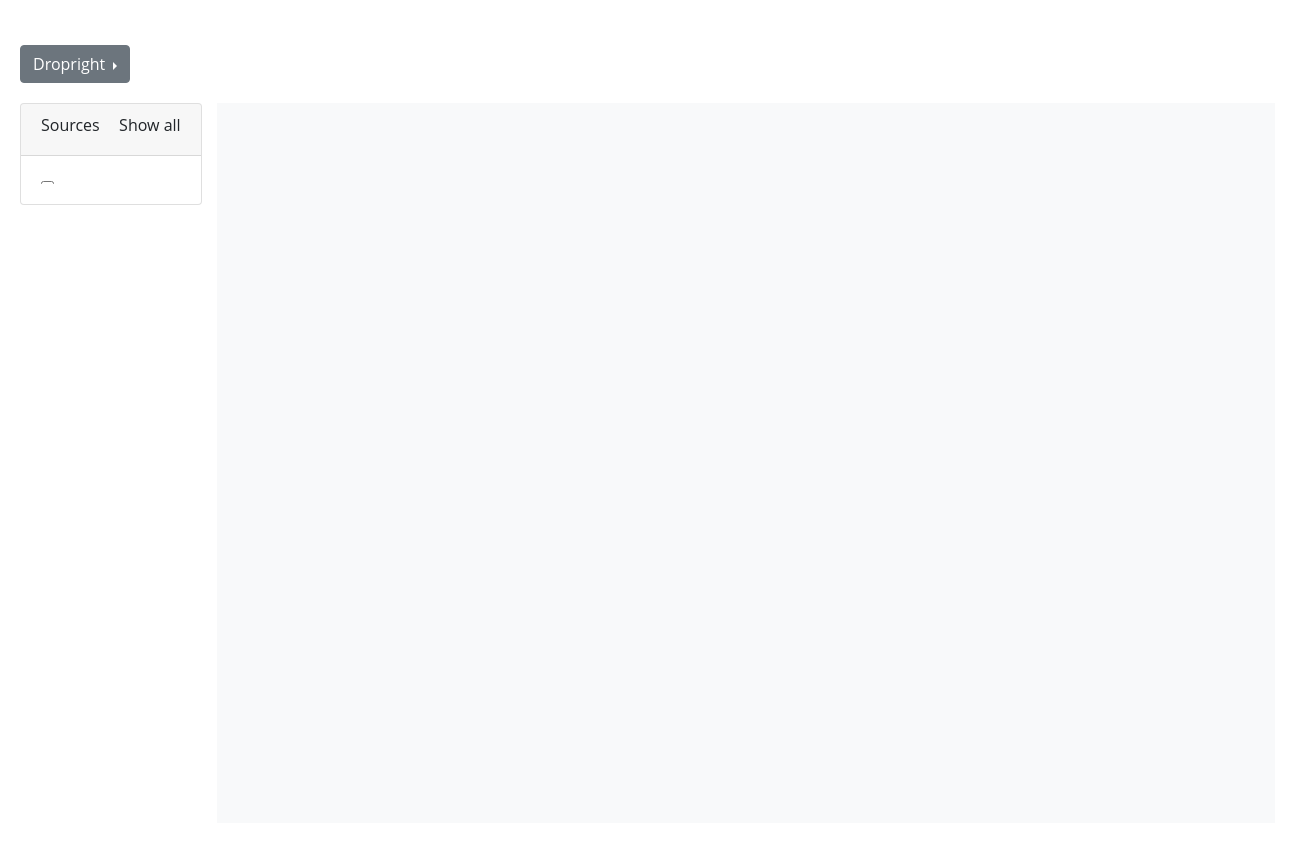
Repository: tts2610/GoogleNews
Page: index.html
An editor plug-in stored every save of this project. The page is shown before and after the next save, followed by the edit.
The browser window is 1280 px wide. The page is 1295 px wide, so the pictures cover 1295 px, including what lies to the right of the window. The pictures show the whole page.
The page's requests for data from a server got no answer. Some web libraries are served in a nearby version.

Above is the page before, as saved 2020-05-21 11:00:07.

After the next save:
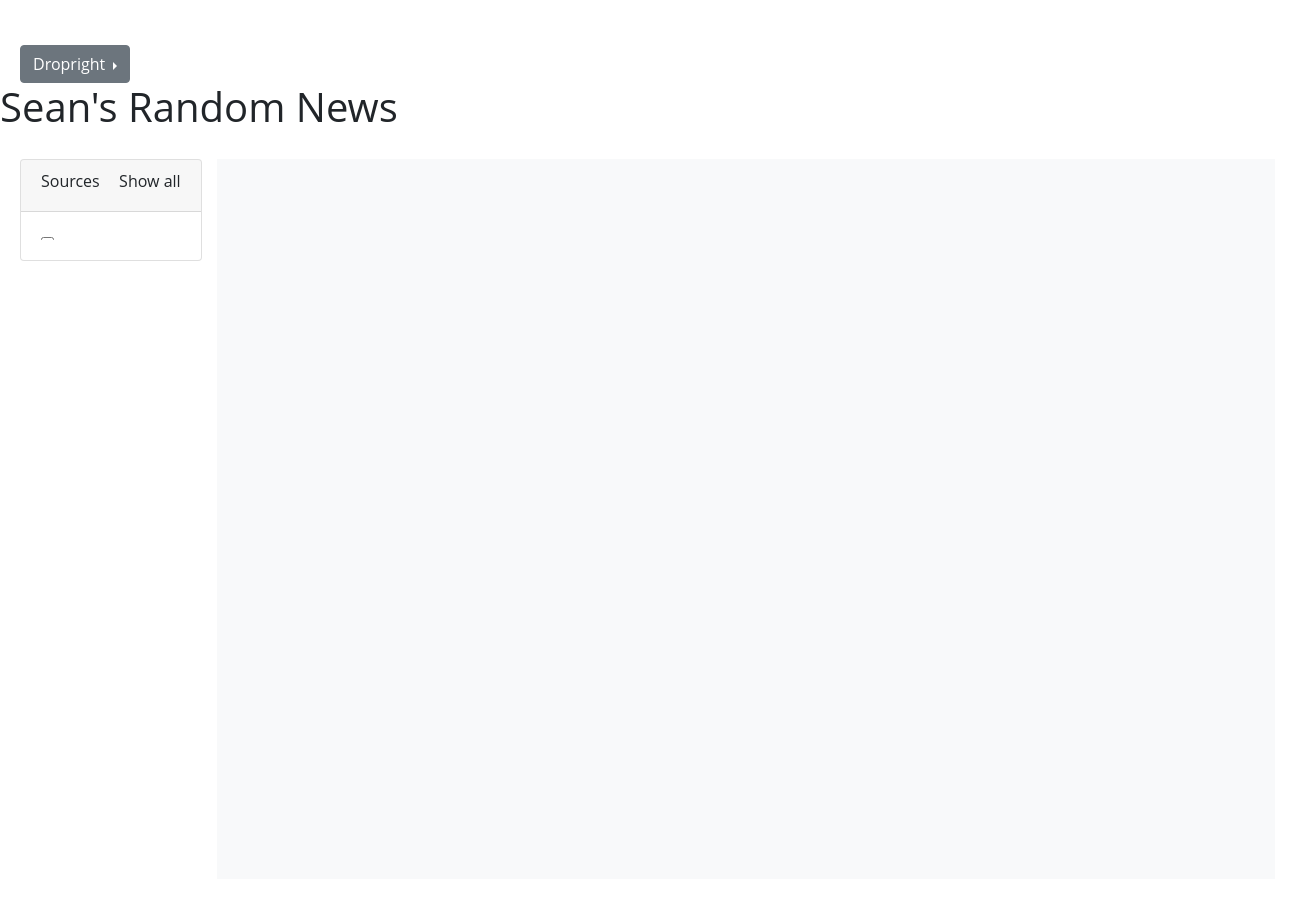
Saved 7 min 56 s later.
--- a/index.html
+++ b/index.html
@@ -33,6 +33,7 @@
                 <!-- Dropdown menu links -->
             </div>
         </div>
+        <h1>Sean's Random News</h1>
         <div class="row">
             <div class="col-2 sidenav">
                 <div class="card">
